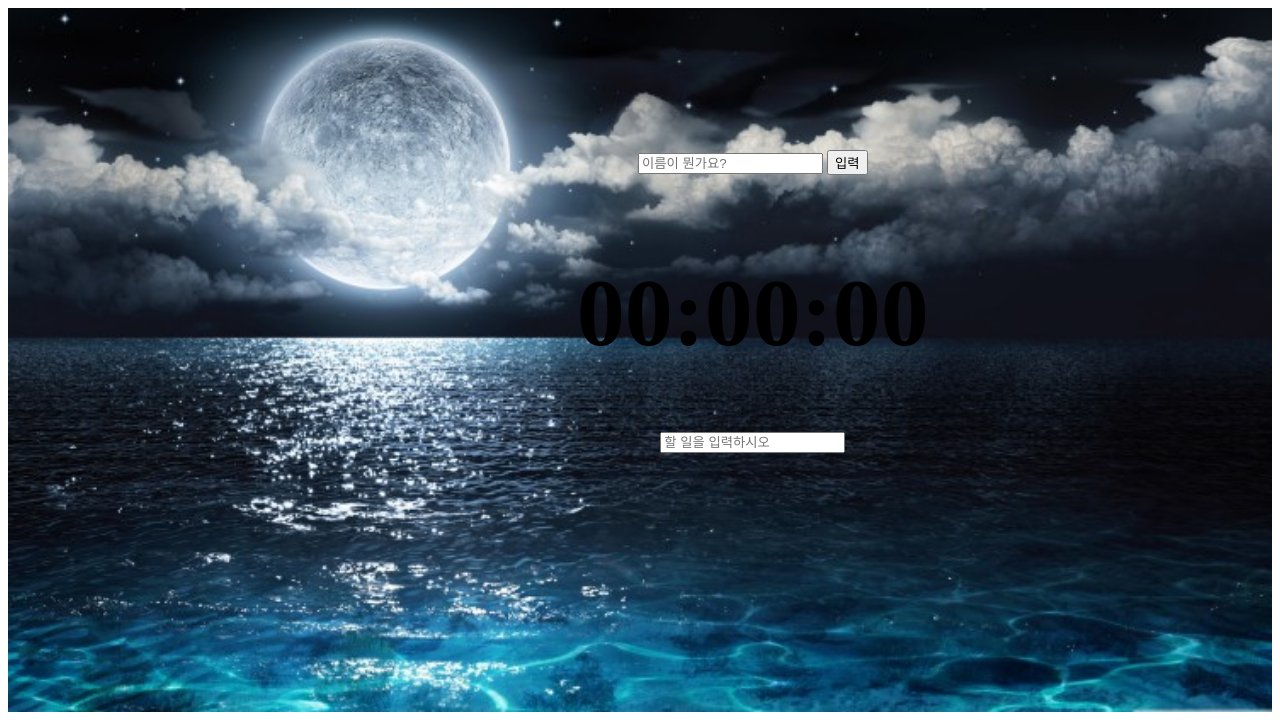
Repository: jun01270/F-E-practice
Page: index.html
The author's editor kept a copy of each file at every save. The page is drawn from the files as they stood at one save, then again after the next save.
The browser window is 1280 px wide. The pictures show the whole page.

Above is the page before, as saved 2023-01-09 19:18:40.
Console error: TypeError: Cannot read properties of null (reading 'addEventListener')

After the next save:
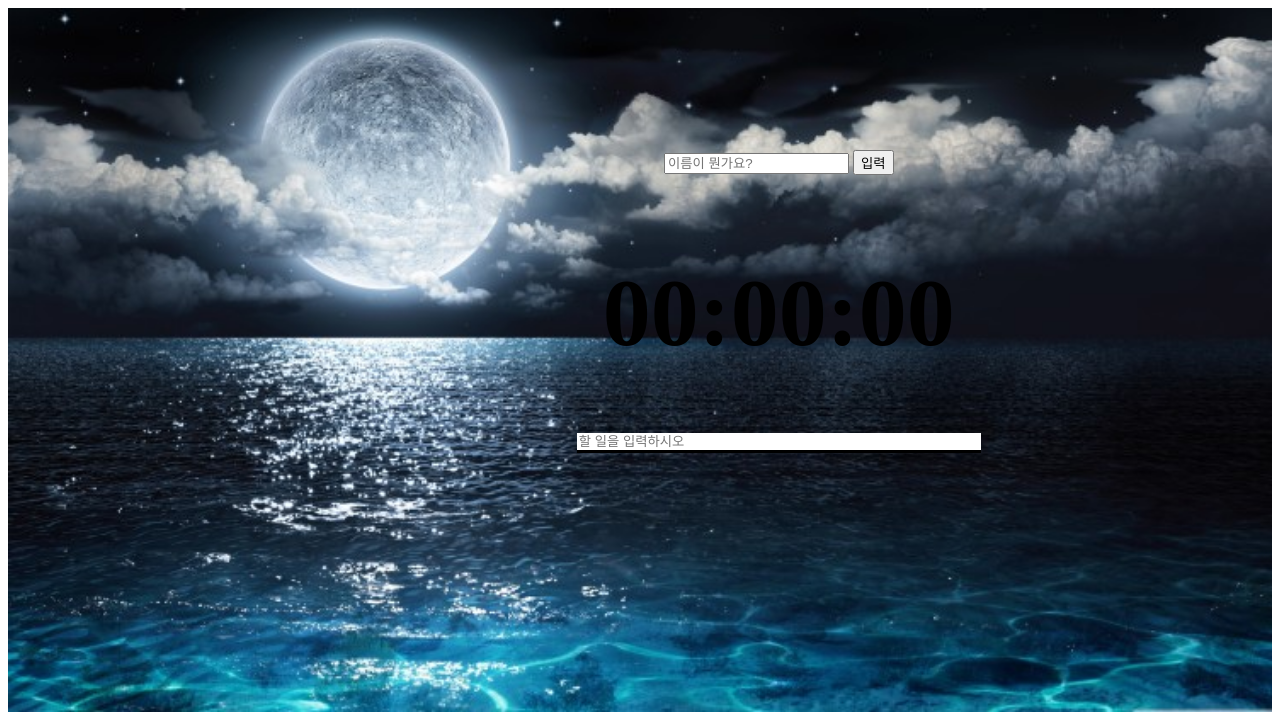
Saved 1 s later.
--- a/css/style.css
+++ b/css/style.css
@@ -23,7 +23,7 @@ body {
   font-size: 600%;
 }
 
-.inputblank {
+#input-blank {
   width: 400px;
   border-top: none;
   border-left: none;
